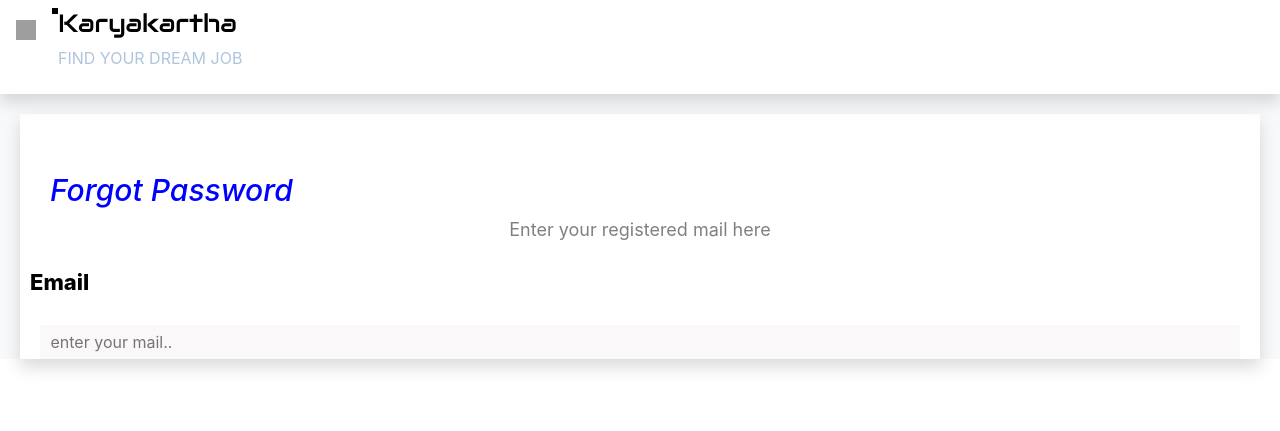
Repository: siri548/Karyakartha
Page: forgotPage.html
These files come from the project's save history. The page is drawn as it stood at one moment and after a run of saves; the edit follows.
The browser window is 1280 px wide. The pictures show the whole page.
Pictures or frames that could not be fetched are drawn as grey boxes.

Above is the page before, as saved 2023-11-04 17:45:40.
Console error (its wording comes from the project's code and is left out).

After the next 2 saves:
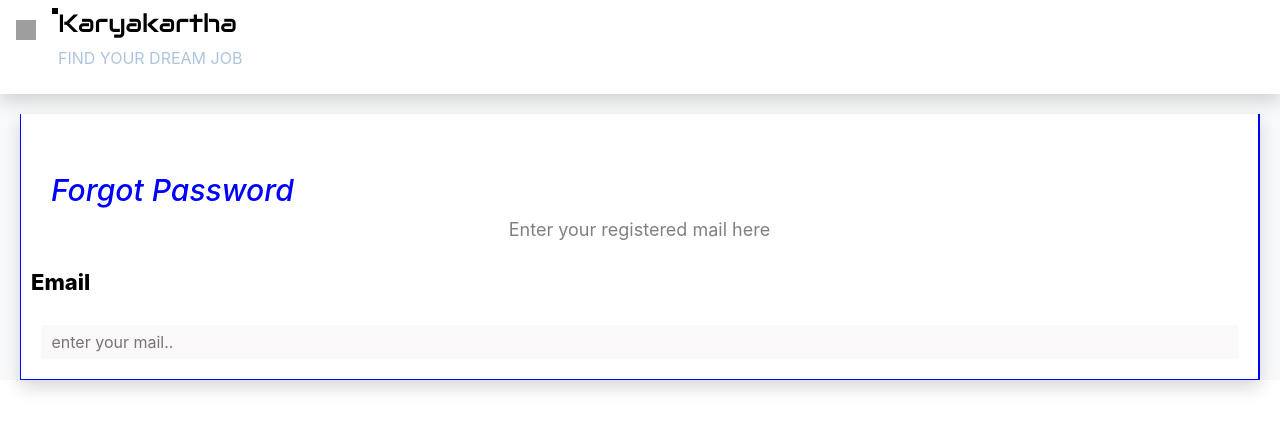
The 2 saves are shown as one change because they came seconds apart.
The last was saved 82 s later.
--- a/forgotPage.css
+++ b/forgotPage.css
@@ -31,12 +31,12 @@
 
 .forgotPage-card {
     background-color: white;
-    border-color: blue;
-    border-top: 0px;
-    border-right-width: 2px;
-    border-left-width: 1px;
-    border-bottom-width: 1px;
-    margin: 20px;
+    border-color    : blue;
+    border-top      : 0px;
+    border-right    : 2px solid blue;
+    border-left     : 1px solid blue;
+    border-bottom   : 1px solid blue;
+    margin          : 20px;
 }
 
 .forgotPage-closeIcon {
